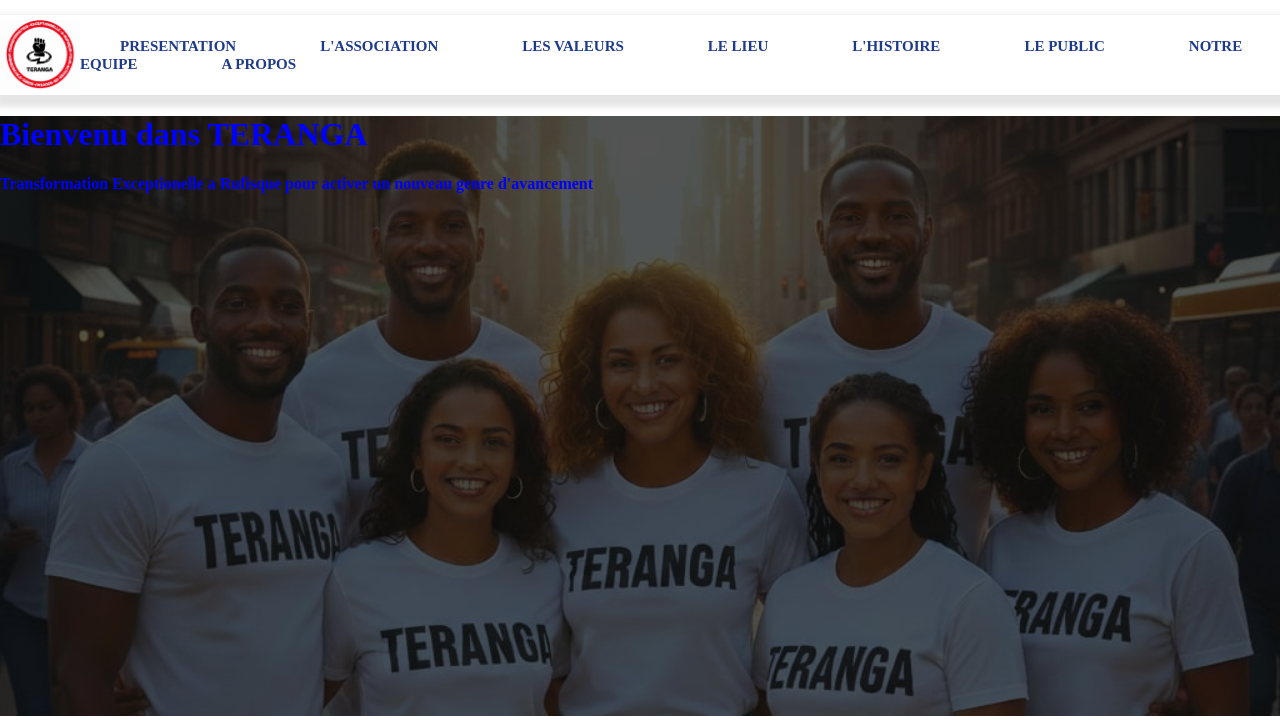
Repository: assanendao171/projet-teranga
Page: presentation.html
These files come from the project's save history. The page is drawn as it stood at one moment and after a run of saves; the edit follows.
The browser window is 1280 px wide. The pictures show the whole page.

Above is the page before, as saved 2026-02-11 12:12:20.

### presentation.html
<!DOCTYPE html>
<html lang="en">
<head>
    <meta charset="UTF-8">
    <meta name="viewport" content="width=device-width, initial-scale=1.0">
    <title>Document</title>
    <link rel="stylesheet" href="presentation.css">
</head>
<body>
<!-- l'entete -->
 <header>
        <!-- logo -->
<img src="image/logo.jpeg" alt="" class="logo">
<div class="btn-nav">

    <nav>

<a href="presentation.html" target="_blank">PRESENTATION</a>
<a href="association.html" target="_blank">L'ASSOCIATION</a>
<a href="valeur.html" target="_blank">LES VALEURS</a>
<a href="lieu.html" target="_blank">LE LIEU</a>
<a href="histoire.html" target="_blank">L'HISTOIRE</a>
<a href="public.html" target="_blank">LE PUBLIC</a>
<a href="equipe.html" target="_blank">NOTRE EQUIPE</a>
<a href="propos.html" target="_blank">A PROPOS</a>
    </nav>
</div>
 </header>
 <!-- le hero -->
  <div class="hero">
<div class="texte-accrosse">
    <h1>Bienvenu dans TERANGA</h1>
    <h4>Transformation Exceptionelle a Rufisque pour activer un nouveau genre d'avancement </h4>
</div>
  </div>
 <!-- le corps -->
  <main></main>
  <!-- le pieds -->
   <footer></footer>
</body>
</html>

### presentation.css
body{
    margin: 15px 0 5px 0;
}
header{
width: 100%;
height: 80px;
background-color: #FFFFFF;
box-shadow: 2px 6px 6px 6px rgba(0, 0, 0, 0.1);
display: flex;
align-items: center;
justify-content: center;
}
nav a{
    margin: 40px;
    color: #1E3A8A;
    text-decoration: none;
    font-size: 15px;
    font-weight:900;
}
nav a:hover{
    text-decoration: underline;
}
.logo{
    width: 80px;
left: 10px;
}
.hero{
  width:100%;
  height:600px ;
  background-image:
    linear-gradient(rgba(0, 0, 0, 0.6), rgba(0, 0, 0, 0.6)),
    url("image/background.jpeg");
  background-size: cover;
  background-position: top;
  background-repeat: no-repeat;
}
.texte-accrosse{
    color: blue;
}

After the next 2 saves:
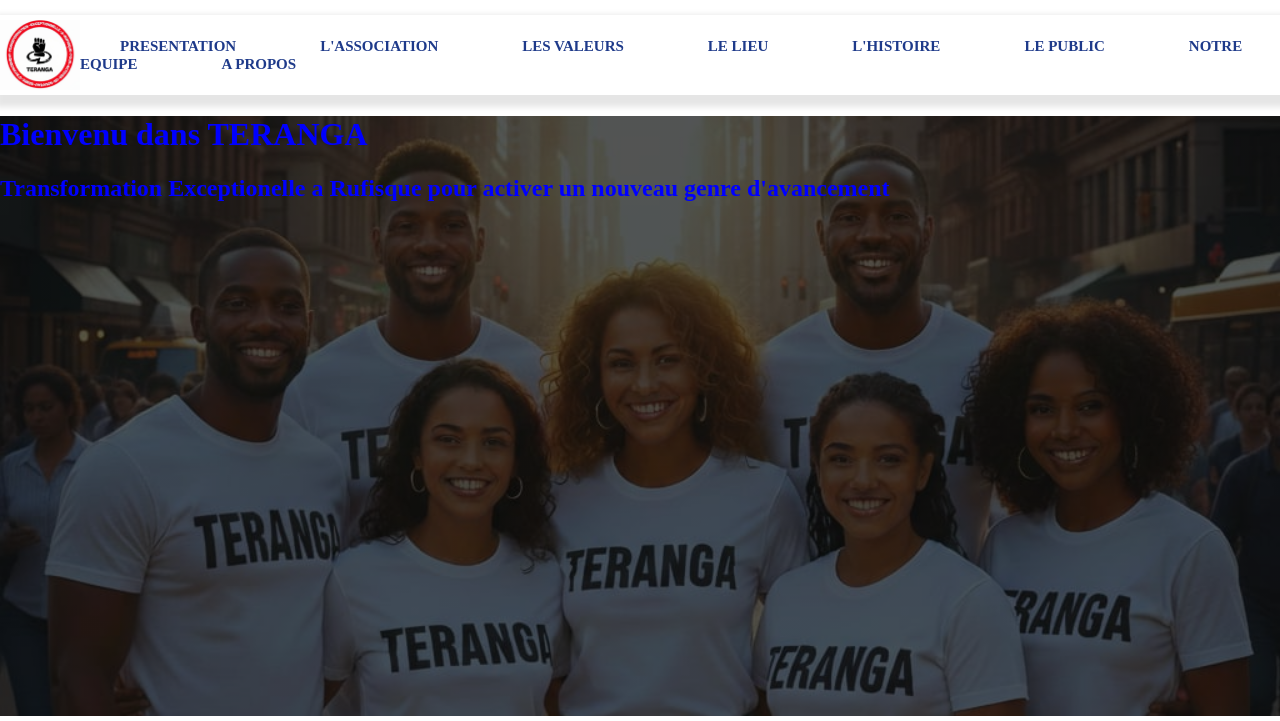
The 2 saves are shown as one change because they came seconds apart.
The last was saved 19 s later.
--- a/presentation.html
+++ b/presentation.html
@@ -30,7 +30,7 @@
   <div class="hero">
 <div class="texte-accrosse">
     <h1>Bienvenu dans TERANGA</h1>
-    <h4>Transformation Exceptionelle a Rufisque pour activer un nouveau genre d'avancement </h4>
+    <h2>Transformation Exceptionelle a Rufisque pour activer un nouveau genre d'avancement </h2>
 </div>
   </div>
  <!-- le corps -->
